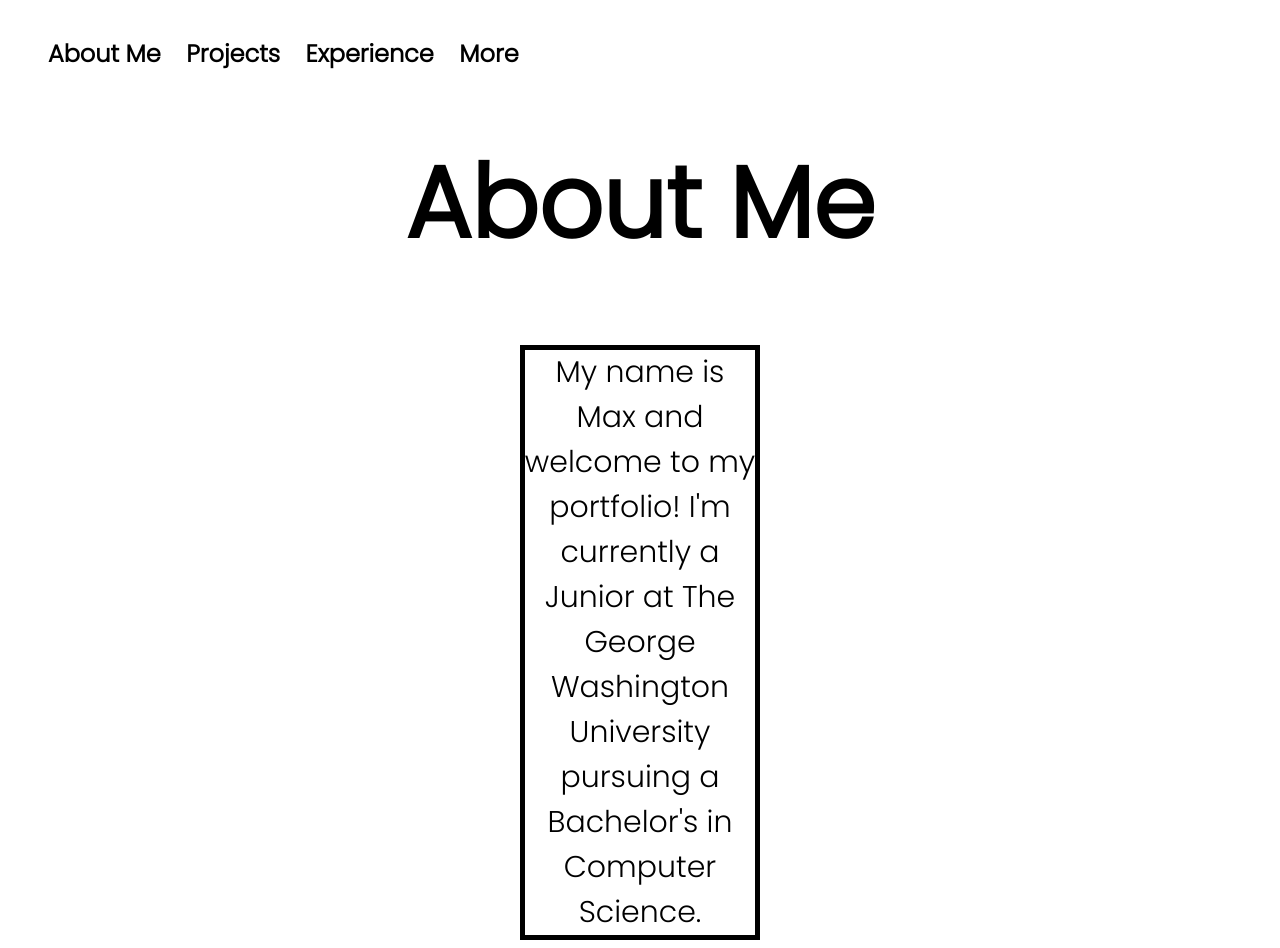
Repository: notMaximilian/maximilianaquino.github.io
Page: about.html
The author's editor kept a copy of each file at every save. The page is drawn from the files as they stood at one save, then again after the next save.
The browser window is 1280 px wide. The pictures show the whole page.

Above is the page before, as saved 2022-02-10 09:49:24.

After the next save:
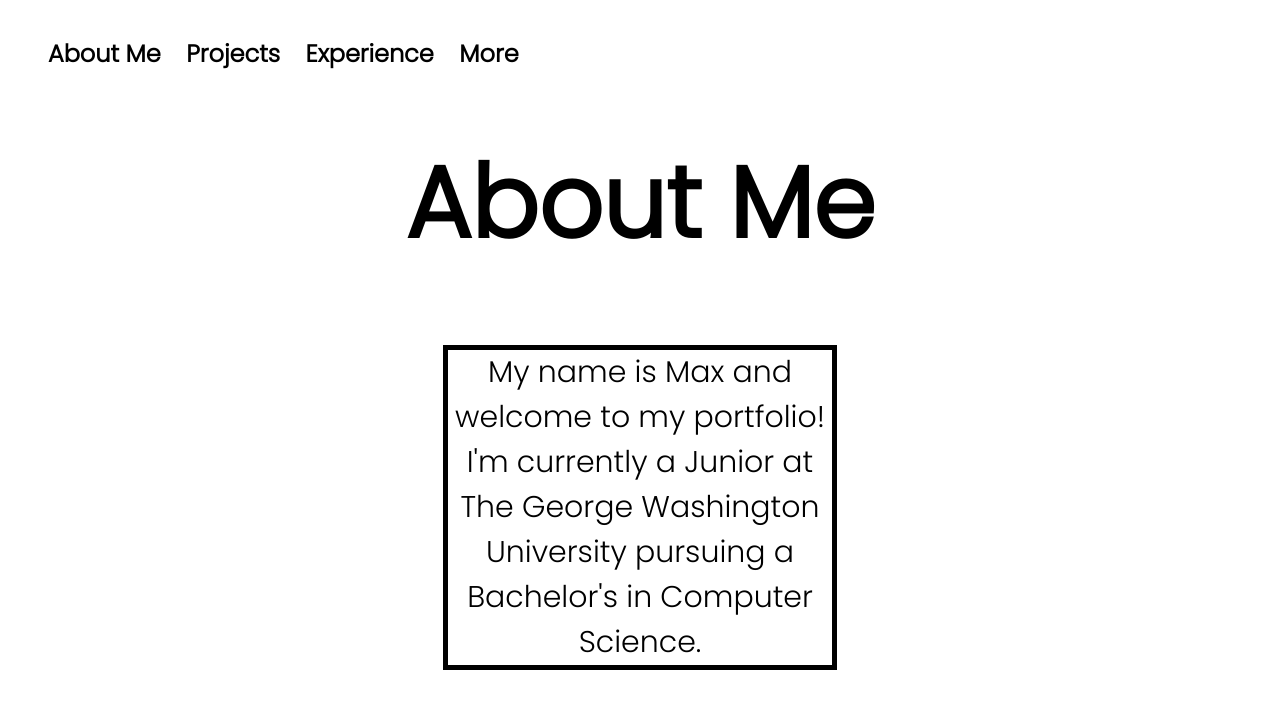
Saved 8 s later.
--- a/css/subpage.css
+++ b/css/subpage.css
@@ -38,7 +38,7 @@ h1{
 }
 
 p{
-    inline-size: 18vw;
+    inline-size: 30vw;
     font-family: "Poppins", sans-serif;
     text-align: center;
     border: 5px solid black;
